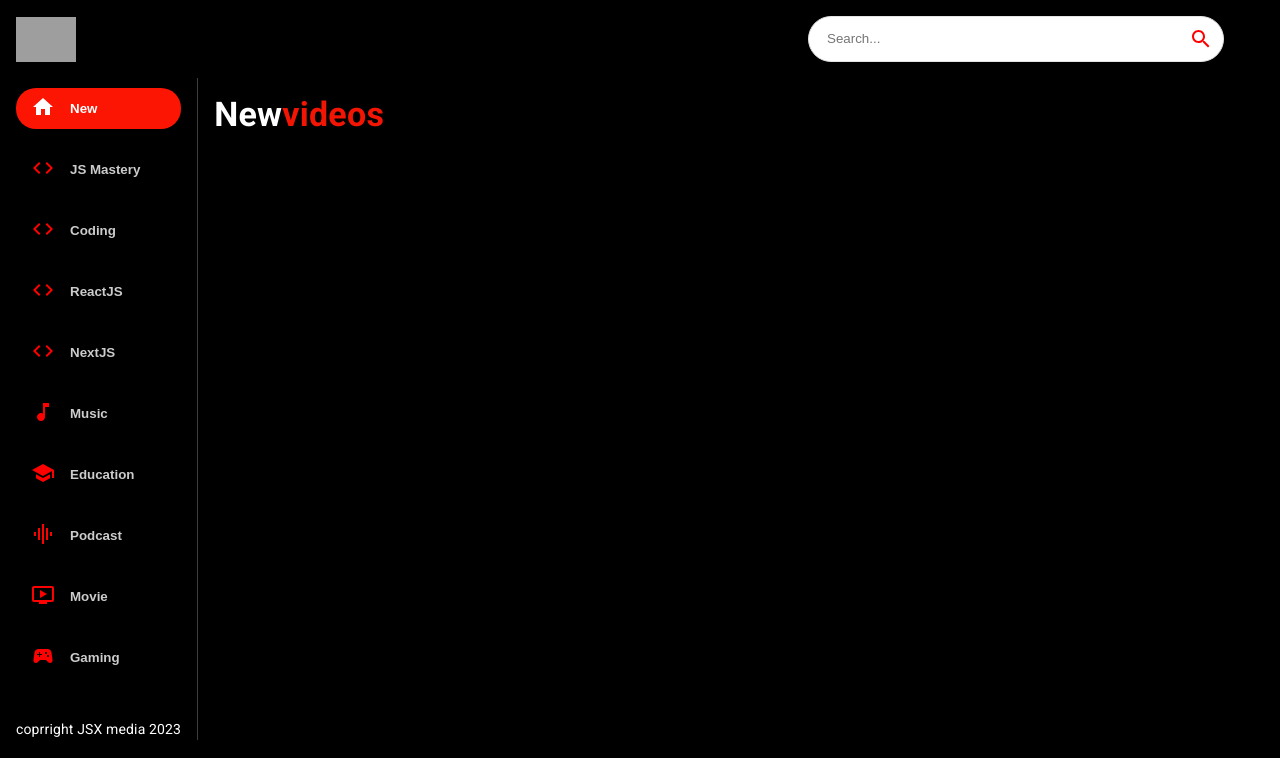
Repository: hieuhieu10/youtube_clone
Page: /
These files come from the project's save history. The page is drawn as it stood at one moment and after the next save; the edit follows.
The browser window is 1280 px wide. The pictures show the whole page.
Pictures or frames that could not be fetched are drawn as grey boxes. The project was rebuilt for these pictures with package versions that can differ from the ones it lists, and the page was loaded fresh each time. Also part of the build but not shown: src/components/ChannelDetail.jsx, src/components/VideoDetail.jsx, src/components/SearchFeed.jsx.

Above is the page before, as saved 2023-04-13 19:15:04.

### public/index.html
<!DOCTYPE html>
<html lang="en">

<head>
  <meta charset="utf-8" />
  <link rel="icon" href="%PUBLIC_URL%/favicon.ico" />
  <meta name="viewport" content="width=device-width, initial-scale=1" />
  <meta name="theme-color" content="#000000" />
  <meta name="description" content="Web site created using create-react-app" />
  <link rel="apple-touch-icon" href="%PUBLIC_URL%/logo192.png" />

  <link rel="manifest" href="%PUBLIC_URL%/manifest.json" />
  <link rel="stylesheet" href="https://fonts.googleapis.com/icon?family=Material+Icons" />
  <link rel="stylesheet" href="https://fonts.googleapis.com/css?family=Roboto:300,400,500,700&display=swap" />
  <title>youtube Clone</title>
</head>

<body>
  <noscript>You need to enable JavaScript to run this app.</noscript>
  <div id="root"></div>

</body>

</html>

### src/index.js
import React from "react";
import  ReactDOM  from "react-dom/client";

import App from "./App";
import './index.css';

const root = ReactDOM.createRoot(document.getElementById('root'))
root.render(<App/>)

### src/App.js
import React from 'react'
import { BrowserRouter, Routes, Route } from 'react-router-dom'
import { Box } from '@mui/material'

import { Navbar, ChannelDetail, Feed, SearchFeed, VideoDetail } from './components'

const App = () => (
      <BrowserRouter>
      <Box sx={{backgroundColor: '#000'}}>
         < Navbar/>
          <Routes>
            <Route path='/' exact element={<Feed/>}/>
            <Route path='/video/:id'  element={<VideoDetail/>}/>
            <Route path='/Channel/:id'  element={<ChannelDetail/>}/>
            <Route path='/Search/:SearchTerm'  element={<SearchFeed/>}/>
          </Routes>
      </Box>
      </BrowserRouter>
      )

export default App

### src/components/index.js
export {default as Navbar}  from './Navbar'
export {default as Feed} from './Feed'
export {default as ChannelDetail} from './ChannelDetail'
export {default as VideoDetail} from './VideoDetail'
export {default as SearchFeed} from './SearchFeed'
export {default as SearchBar} from './SearchBar'
export {default as SideBar} from './SideBar'
export {default as Videos} from './Videos'

### src/components/Navbar.jsx
import { Stack } from "@mui/material"
import { Link } from "react-router-dom"

import {logo} from '../utils/constants'
import SearchBar from "./SearchBar"
const Navbar = () => (
    <Stack direction='row'
    alignItems='center'
    p={2}
    sx={{ position: 'sticky',background: '#000',
    top:0, justifyContent: 'space-between' }}>
      <Link to='/' style={{display: 'flex', alignItems: 'center'}}>
        <img src={logo} alt="logo" height={45}/>
      </Link>
      <SearchBar/>

      </Stack>
  )


export default Navbar

### src/components/Feed.jsx
import { useState, useEffect } from "react"
import { Box, Stack, Typography } from "@mui/material"
import {SideBar, Videos} from "./"

const Feed = () => {
  return (
    <Stack sx={{flexDirection: {sx: "column", md: "row"}}}>
      <Box sx={{height: {sx: 'auto', md: '92vh', } , borderRight: '1px solid #3d3d3d', px: {sx: 0, md: 2}}}>
        <SideBar/>
        <Typography className="copyright" variant="body2" sx={{mt: 1.5, color: '#fff'}}>
          coprright JSX media 2023
        </Typography>
      </Box>
      <Box p={2} sx={{overflowY: 'auto', height: '90vh', flex: 2}}>
        <Typography variant="h4" fontWeight="bold" mb={2} sx={{color: 'white'}}>  New
          <span style={{color: '#F31503'}}>
            videos
          </span>
        </Typography>
        <Videos/>
      </Box>
    </Stack>
  )
}

export default Feed

### src/components/SearchBar.jsx
import { useState } from "react"
import { useNavigate } from "react-router-dom"
import { Paper, IconButton } from "@mui/material"
import {Search} from '@mui/icons-material'

const SearchBar = () => {
  return (
    <Paper component="form" onSubmit={()=>{}}
    sx={{borderRadius: 20 ,
        border: '1px solid #e3e3e3',
        pl:2,
        boxShadow: 'none',
        mr: {sm:5}
        }}>
          <input className="search-bar" placeholder="Search..." value="" onChange={()=>{}}/>
          <IconButton type="submit" sx={{p:'10px', color:'red' }}>
            <Search/>
          </IconButton>

    </Paper>
  )
}

export default SearchBar

### src/components/SideBar.jsx
import { Stack } from "@mui/material"
import { categories } from "../utils/constants"


const selectedCategory = "New"
const SideBar = () => {
  return (
    <Stack direction='row' sx={{overflow: 'auto', height: {sx: 'auto', md: '95%'}, flexDirection: { md: 'column'}}}>
        {categories.map((category) => (
            <button className="category-btn"
              style={{background: category.name === selectedCategory && '#FC1503', color: 'white'}}
              key={category.name}
            >
                <span style={{color: category.name === selectedCategory ? 'white' : 'red',
                  marginRight: '15px'}}>
                  {category.icon}</span>
                <span style={{ opacity: category.name === selectedCategory ? '1' : '0.8'}}>{category.name}</span>

            </button>
        ))}
    </Stack>
  )
}

export default SideBar

### src/utils/constants.js
import MusicNoteIcon from '@mui/icons-material/MusicNote';
import HomeIcon from '@mui/icons-material/Home';
import CodeIcon from '@mui/icons-material/Code';
import OndemandVideoIcon from '@mui/icons-material/OndemandVideo';
import SportsEsportsIcon from '@mui/icons-material/SportsEsports';
import LiveTvIcon from '@mui/icons-material/LiveTv';
import SchoolIcon from '@mui/icons-material/School';
import FaceRetouchingNaturalIcon from '@mui/icons-material/FaceRetouchingNatural';
import CheckroomIcon from '@mui/icons-material/Checkroom';
import GraphicEqIcon from '@mui/icons-material/GraphicEq';
import TheaterComedyIcon from '@mui/icons-material/TheaterComedy';
import FitnessCenterIcon from '@mui/icons-material/FitnessCenter';
import DeveloperModeIcon from '@mui/icons-material/DeveloperMode';

export const logo = 'https://i.ibb.co/s9Qys2j/logo.png';

export const categories = [
  { name: 'New', icon: <HomeIcon />, },
  { name: 'JS Mastery', icon: <CodeIcon />, },
  { name: 'Coding', icon: <CodeIcon />, },
  { name: 'ReactJS', icon: <CodeIcon />, },
  { name: 'NextJS', icon: <CodeIcon />, },
  { name: 'Music', icon: <MusicNoteIcon /> },
  { name: 'Education', icon: <SchoolIcon />, },
  { name: 'Podcast', icon: <GraphicEqIcon />, },
  { name: 'Movie', icon: <OndemandVideoIcon />, },
  { name: 'Gaming', icon: <SportsEsportsIcon />, },
  { name: 'Live', icon: <LiveTvIcon />, },
  { name: 'Sport', icon: <FitnessCenterIcon />, },
  { name: 'Fashion', icon: <CheckroomIcon />, },
  { name: 'Beauty', icon: <FaceRetouchingNaturalIcon />, },
  { name: 'Comedy', icon: <TheaterComedyIcon />, },
  { name: 'Gym', icon: <FitnessCenterIcon />, },
  { name: 'Crypto', icon: <DeveloperModeIcon />, },
];

export const demoThumbnailUrl = 'https://i.ibb.co/G2L2Gwp/API-Course.png';
export const demoChannelUrl = '/channel/UCmXmlB4-HJytD7wek0Uo97A';
export const demoVideoUrl = '/video/GDa8kZLNhJ4';
export const demoChannelTitle = 'JavaScript Mastery';
export const demoVideoTitle = 'Build and Deploy 5 JavaScript & React API Projects in 10 Hours - Full Course | RapidAPI';
export const demoProfilePicture = 'http://dergipark.org.tr/assets/app/images/buddy_sample.png'

Loaded but not shown: src/index.css (common file); src/components/Videos.jsx (common file)

After the next save:
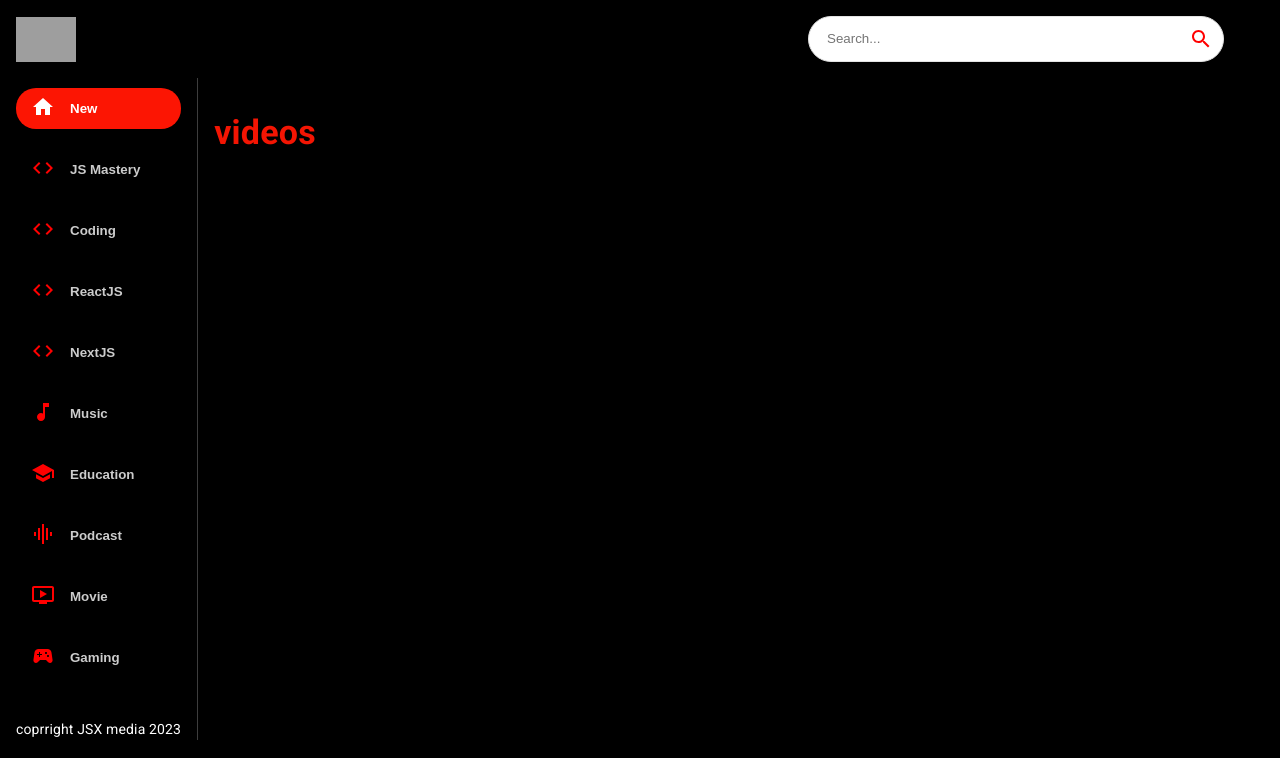
Saved 116 s later.
--- a/src/components/Feed.jsx
+++ b/src/components/Feed.jsx
@@ -11,13 +11,14 @@
           coprright JSX media 2023
         </Typography>
       </Box>
-      <Box p={2} sx={{overflowY: 'auto', height: '90vh', flex: 2}}>
-        <Typography variant="h4" fontWeight="bold" mb={2} sx={{color: 'white'}}>  New
+      <Box p={2} sx={{overflowY: 'auto', height: '90vh', flex: 2}}>New
+        <Typography variant="h4" fontWeight="bold" mb={2} sx={{color: 'white'}}>
           <span style={{color: '#F31503'}}>
+
             videos
           </span>
         </Typography>
-        <Videos/>
+        <Videos Videos={[]}/>
       </Box>
     </Stack>
   )

After the save that followed:
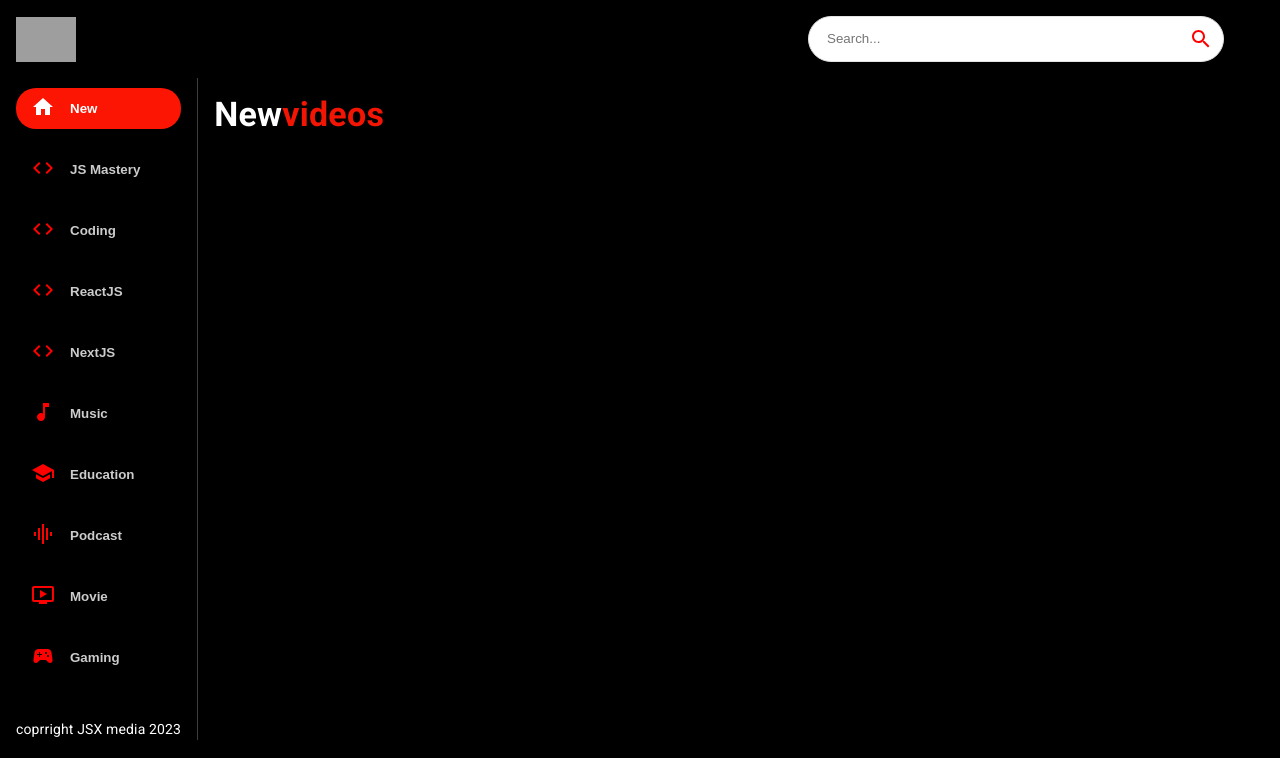
Saved 30 s later.
--- a/src/components/Feed.jsx
+++ b/src/components/Feed.jsx
@@ -11,8 +11,8 @@
           coprright JSX media 2023
         </Typography>
       </Box>
-      <Box p={2} sx={{overflowY: 'auto', height: '90vh', flex: 2}}>New
-        <Typography variant="h4" fontWeight="bold" mb={2} sx={{color: 'white'}}>
+      <Box p={2} sx={{overflowY: 'auto', height: '90vh', flex: 2}}>
+        <Typography variant="h4" fontWeight="bold" mb={2} sx={{color: 'white'}}>  New
           <span style={{color: '#F31503'}}>
 
             videos
